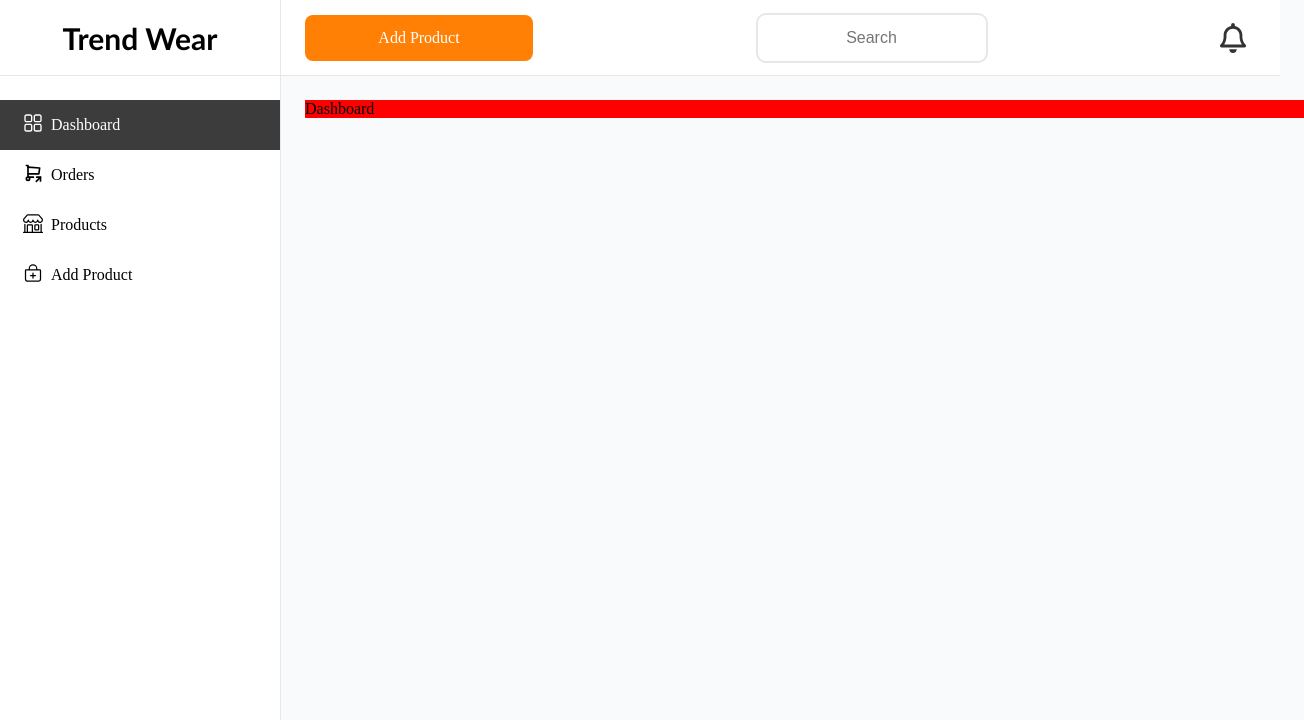
Repository: ahmad-dev7/TrendWear
Page: / (app in trend_wear_dashboard/)
These files come from the project's save history. The page is drawn as it stood at one moment and after the next save; the edit follows.
The browser window is 1280 px wide. The page is 1304 px wide, then 1280 px, then 1304 px, so the pictures cover 1304 px, including what lies to the right of the window. The pictures show the whole page.
The project was rebuilt for these pictures with package versions that can differ from the ones it lists, and the page was loaded fresh each time. Also part of the build but not shown: trend_wear_dashboard/vite.config.ts.

Above is the page before, as saved 2025-01-19 23:11:07.

### trend_wear_dashboard/index.html
<!doctype html>
<html lang="en">

<head>
  <meta charset="UTF-8" />
  <link rel="icon" type="image/svg+xml" href="/vite.svg" />
  <meta name="viewport" content="width=device-width, initial-scale=1.0" />
  <title>Trend Wear</title>
</head>

<body>
  <div id="root"></div>
  <script type="module" src="/src/main.tsx"></script>
</body>

</html>

### trend_wear_dashboard/src/main.tsx
import { StrictMode } from "react";
import { createRoot } from "react-dom/client";
//import "bootstrap/dist/css/bootstrap.css";
import "./App.css";
import App from "./App.tsx";

createRoot(document.getElementById("root")!).render(
  <StrictMode>
    <App />
  </StrictMode>
);

### trend_wear_dashboard/src/App.css
body {
    background-color: #F9FAFB;
    padding: 0;
    margin: 0;
}

#parent {
    display: flex;
}

### trend_wear_dashboard/src/App.tsx
import { useState } from "react";
import Body from "./Components/Body/Body";
import Navbar from "./Components/Navbar/Navbar";
import Sidebar from "./Components/Sidebar/Sidebar";

function App() {
  const [body, setBody] = useState("Dashboard");

  return (
    <div id="parent">
      <Sidebar onSelectTab={setBody} />
      <div style={{ flex: 1 }}>
        <Navbar />
        <Body>{body}</Body>
      </div>
    </div>
  );
}

export default App;

### trend_wear_dashboard/src/Components/Body/Body.tsx
import "./Body.css";

interface Props {
  children: React.ReactNode;
}

const Body = ({ children }: Props) => {
  return <div id="content-body">{children}</div>;
};

export default Body;

### trend_wear_dashboard/src/Components/Navbar/Navbar.tsx
import "./Navbar.css";
import { FaRegBell } from "react-icons/fa6";

const Navbar = () => {
  return (
    <div>
      <div id="top-navbar">
        <div className="nav-item add-product-button">Add Product</div>
        <input className="nav-item" placeholder="Search" type="text" />
        <FaRegBell className="nav-item icon"></FaRegBell>
      </div>
    </div>
  );
};

export default Navbar;

### trend_wear_dashboard/src/Components/Sidebar/Sidebar.tsx
import "./Sidebar.css";
import SidebarContent from "./SidebarContent";
import { RxDashboard } from "react-icons/rx";
import { TbShoppingCartShare } from "react-icons/tb";
import { BsShop } from "react-icons/bs";
import { IoBagAddOutline } from "react-icons/io5";

interface Props {
  onSelectTab: (tab: string) => void;
}

const Sidebar = ({ onSelectTab }: Props) => {
  interface Tabs {
    icon: JSX.Element;
    label: string;
  }

  const tabs: Tabs[] = [
    { label: "Dashboard", icon: <RxDashboard size={20} /> },
    { label: "Orders", icon: <TbShoppingCartShare size={20} /> },
    { label: "Products", icon: <BsShop size={20} /> },
    { label: "Add Product", icon: <IoBagAddOutline size={20} /> },
  ];

  return (
    <div id="sidebar">
      <div className="header">Trend Wear</div>
      <ul id="sidebar-content">
        <SidebarContent tabsList={tabs} onSelectTab={onSelectTab} />
      </ul>
    </div>
  );
};

export default Sidebar;

### trend_wear_dashboard/src/Components/Body/Body.css
/* #content-body {
    margin: 24px;
    background-color: white;
    display: flex;
    align-items: center;
    justify-content: center;
    border: 1px solid #e5e7eb;
    border-radius: 8px;
} */

#content-body {
    margin: 24px;
    width: 100%;
    background-color: red;
}

### trend_wear_dashboard/src/Components/Navbar/Navbar.css
#top-navbar {
    display: flex;
    justify-content: space-between;
    align-items: center;
    /* padding: 0 24px; */
    background-color: white;
    height: 75px;
    width: 100%;
    border-bottom: 1px solid #e5e7eb;
}

.nav-item {
    font-size: 16px;
    color: #333;
    text-align: center;
    width: 200px;
    border-radius: 8px;
    padding: 14px;
    text-decoration: none;
}

.add-product-button {
    color: white;
    margin-left: 24px;
    background-color: #ff8005;
}

#top-navbar input {
    border: none;
    outline: 2px solid #e5e7eb;
    flex-grow: 1;
    max-width: 200px;
}

#top-navbar .icon {
    height: 30px;
    width: 30px;
    margin-right: 24px;
}

### trend_wear_dashboard/src/Components/Sidebar/Sidebar.css
/* Sidebar.css */
#sidebar {
    background-color: white;
    width: 280px;
    height: 100vh;
    border-right: 1px solid #e5e7eb;
}

#sidebar .header {
    display: flex;
    justify-content: center;
    align-items: center;
    height: 75px;
    font-size: 30px;
    font-weight: bold;
    font-family: 'Gill Sans', 'Gill Sans MT', Calibri, 'Trebuchet MS', sans-serif;
    background-color: white;
    text-align: center;
    border-bottom: 1px solid #e5e7eb;
}

#sidebar-content {
    list-style-type: none;
    margin-top: 24px;
    padding: 0;
    cursor: pointer;
}

#sidebar-content .tab {
    height: 50px;
    color: black;
    display: flex;
    align-items: center;
    padding-left: 15px;
}

.icon {
    padding: 8px;
}

#sidebar-content .active {
    background-color: #3c3c3c;
    color: white;
}

#sidebar-content .tab:hover:not(.active) {
    background-color: #e5e7eb;
}

### trend_wear_dashboard/src/Components/Sidebar/SidebarContent.tsx
import "./Sidebar.css";
import { useState } from "react";

interface Tabs {
  icon: JSX.Element;
  label: string;
}

interface Props {
  tabsList: Tabs[];
  onSelectTab: (tab: string) => void;
}

const SidebarContent = ({ tabsList, onSelectTab }: Props) => {
  const [active, setTab] = useState("Dashboard");
  return (
    <>
      {tabsList.map((tab) => (
        <li
          key={tab.label}
          className={"tab " + (tab.label == active && "active")}
          onClick={() => {
            setTab(tab.label);
            onSelectTab(tab.label);
          }}
        >
          <div className="icon">{tab.icon}</div>
          <div className="label">{tab.label}</div>
        </li>
      ))}
    </>
  );
};

export default SidebarContent;

After the next save:
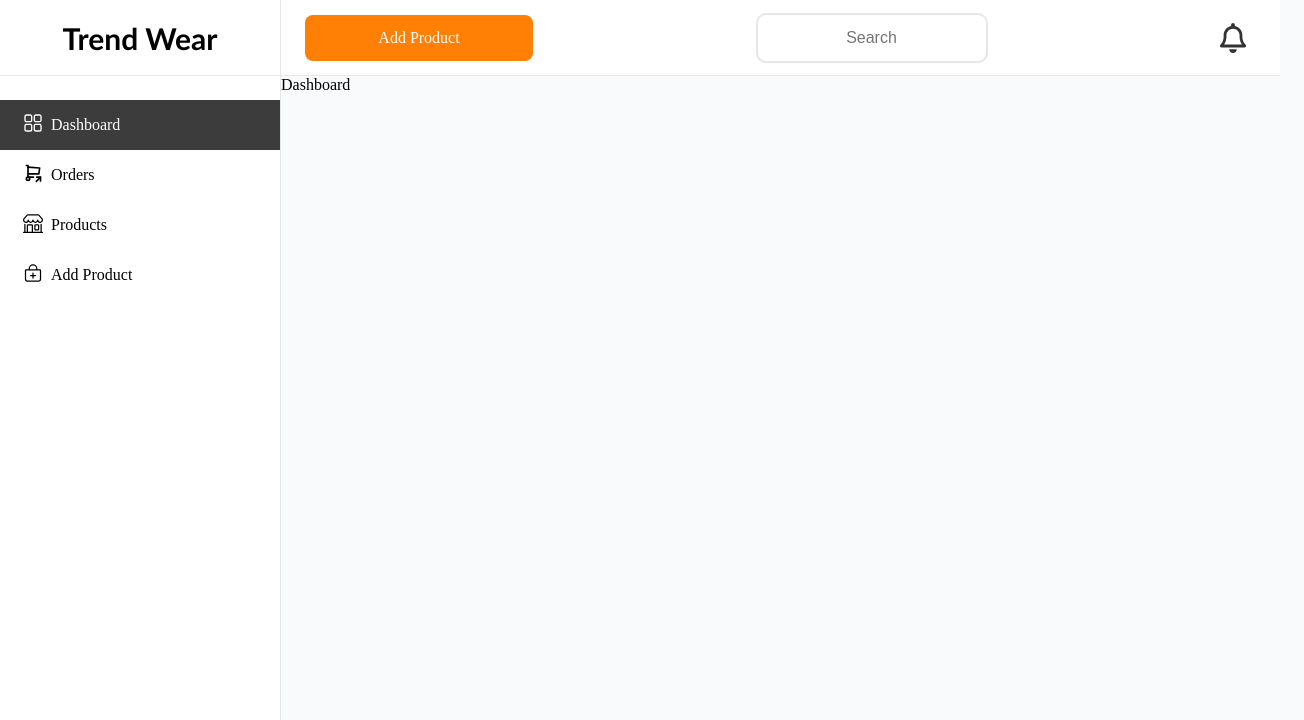
Saved 10 s later.
--- a/trend_wear_dashboard/src/Components/Body/Body.css
+++ b/trend_wear_dashboard/src/Components/Body/Body.css
@@ -8,8 +8,8 @@
     border-radius: 8px;
 } */
 
-#content-body {
+/* #content-body {
     margin: 24px;
     width: 100%;
     background-color: red;
-}
+} */

After the save that followed:
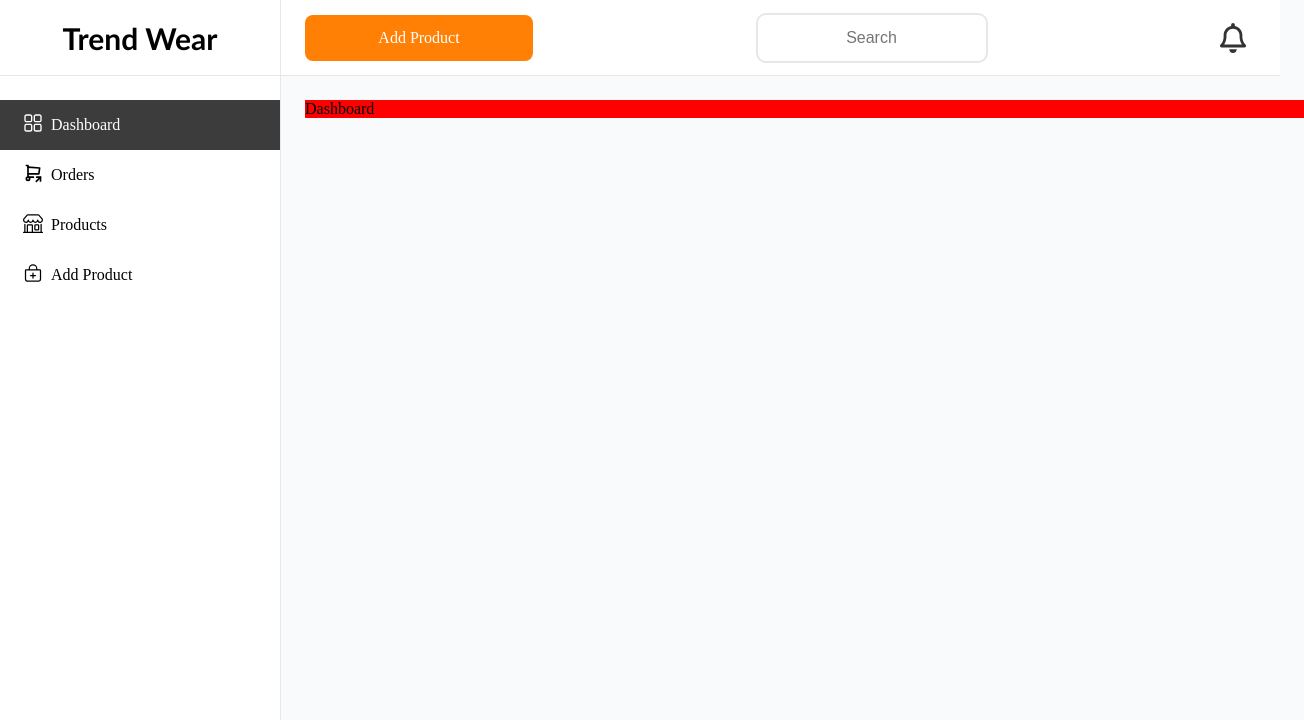
Saved 53 s later.
--- a/trend_wear_dashboard/src/Components/Body/Body.css
+++ b/trend_wear_dashboard/src/Components/Body/Body.css
@@ -8,8 +8,8 @@
     border-radius: 8px;
 } */
 
-/* #content-body {
+#content-body {
     margin: 24px;
     width: 100%;
     background-color: red;
-} */
+}
